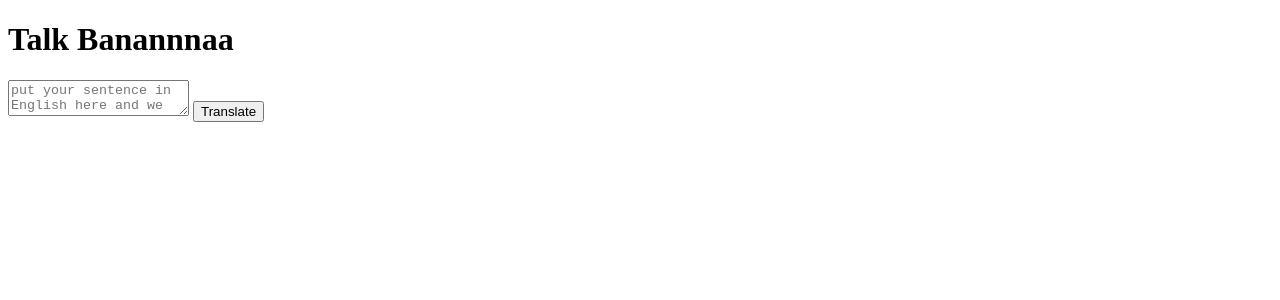
Repository: sohan2503001/Avator-speak
Page: index.html
These files come from the project's save history. The page is drawn as it stood at one moment and after a run of saves; the edit follows.
The browser window is 1280 px wide. The pictures show the whole page.

Above is the page before, as saved 2021-04-21 00:04:26.

### index.html
<!DOCTYPE html>
<html lang="en">

<head>
    <meta charset="UTF-8">
    <meta http-equiv="X-UA-Compatible" content="IE=edge">
    <meta name="viewport" content="width=device-width, initial-scale=1.0">
    <title>Banana Speak</title>
    <link rel="stylesheet" href="style.css">
</head>

<body>
    <h1>Talk Banannnaa</h1>
    <textarea placeholder="put your sentence in English here and we will convert it to banana"></textarea>
    <button id="btn-translate">Translate</button>


    <script src="app.js" type="text/javascript"></script>
</body>

</html>

### style.css
textarea{
    width: ;
}

### app.js
var btnTranslate = document.getElementById("btn-translate");

After the next 4 saves:
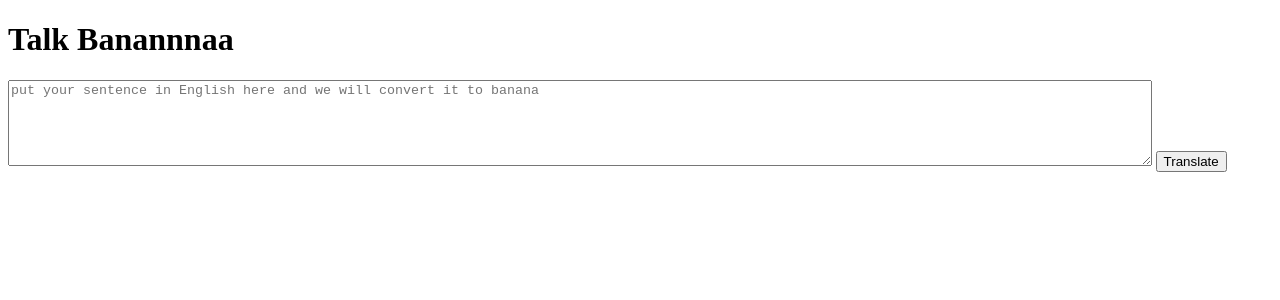
The 4 saves are shown as one change because they came seconds apart.
The last was saved 11 s later.
--- a/style.css
+++ b/style.css
@@ -1,3 +1,4 @@
 textarea{
-    width: ;
+    width: 90%;
+    height: 10ch;
 }
